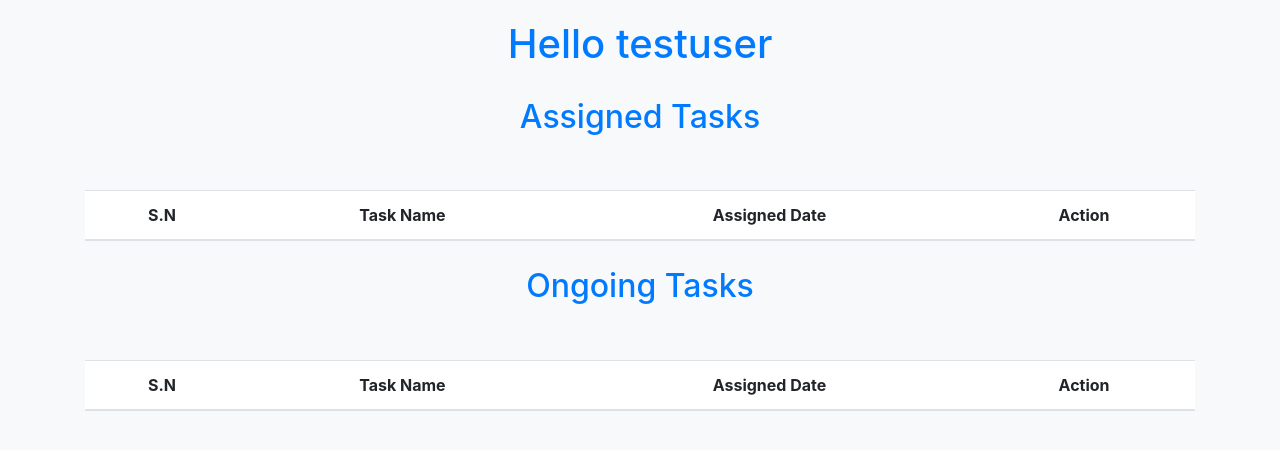
Repository: neha-rouniyar/taskmgmt
Page: http://localhost/user-dashboard
These files come from the project's save history. The page is drawn as it stood at one moment and after the next save; the edit follows.
The browser window is 1280 px wide. The pictures show the whole page.
The page is served by the project's Laravel application, run on PHP 8.4 with Laravel 10. A made-up administrator, Test User (test@example.com), is signed in. Queries for data that is not in the repository find no rows.

Above is the page before, as saved 2023-12-15 23:50:26.

After the next save:
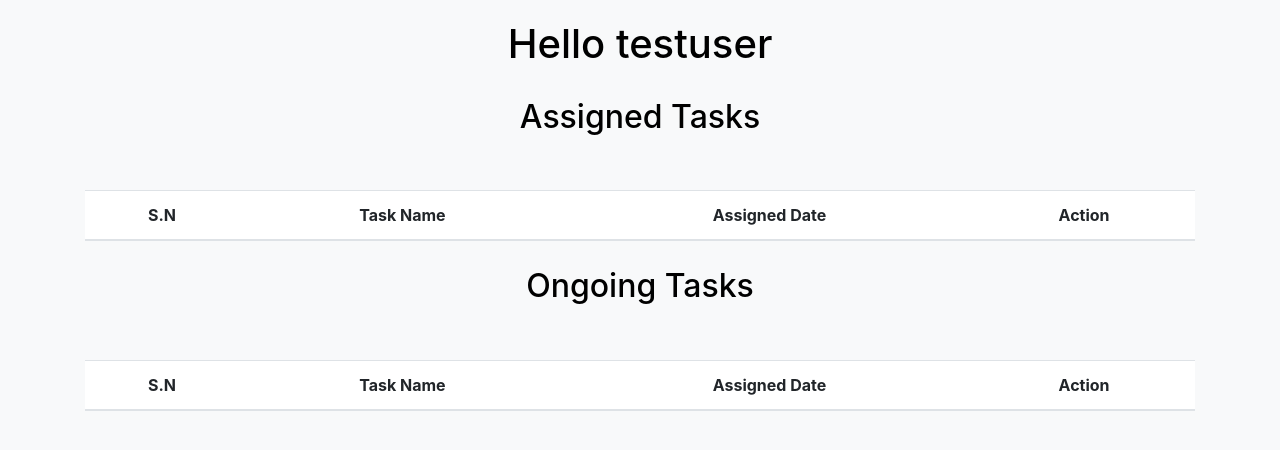
Saved 15 s later.
--- a/resources/views/user/dashboard.blade.php
+++ b/resources/views/user/dashboard.blade.php
@@ -11,7 +11,7 @@
         }
         h1, h2 {
             margin-bottom: 20px;
-            color: #007bff;
+            color: #000000;
             text-align: center;
         }
         .btn-container {

After the 6 saves that followed:
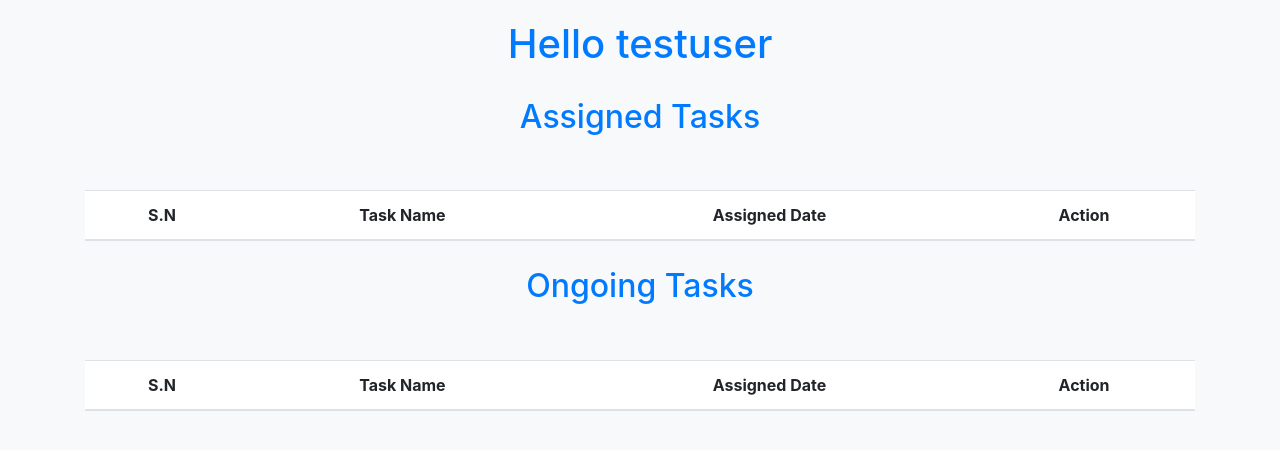
The 6 saves are shown as one change because 4 left the picture as it was and some came seconds apart.
The last was saved 119 s later.
--- a/resources/views/user/dashboard.blade.php
+++ b/resources/views/user/dashboard.blade.php
@@ -11,7 +11,7 @@
         }
         h1, h2 {
             margin-bottom: 20px;
-            color: #000000;
+            color: #007bff;
             text-align: center;
         }
         .btn-container {
@@ -35,6 +35,10 @@
         }
         .btn-group button {
             width: 48%;
+        }
+        .btn-container .btn-group a {
+            display: block;
+            margin-top: 10px; /* Adjust the margin as needed */
         }
     </style>
     <title>Document</title>
@@ -80,8 +84,8 @@
                                 <td>{{$assignedTask->task->task_heading}}</td>
                                 <td>{{$assignedTask->created_at}}</td>
                                 <td class="btn-group">
-                                    <a href="{{route('accept.task',$assignedTask->id)}}"><button type="button" class="btn btn-primary">Accept</button></a>
-                                    <a href="{{route('reject.task',$assignedTask->id)}}"><button type="button" class="btn btn-danger">Reject</button></a>
+                                    <a href="{{route('accept.task',$assignedTask->id)}}" class="btn btn-primary">Accept</a>
+                                    <a href="{{route('reject.task',$assignedTask->id)}}" class="btn btn-danger">Reject</a>
                                 </td>
                             </tr>
                         @endif
@@ -108,7 +112,7 @@
                                 <td>{{$assignedTask->task->task_heading}}</td>
                                 <td>{{$assignedTask->created_at}}</td>
                                 <td>
-                                    <a href="{{route('task.complete',$assignedTask->id)}}"><button type="button" class="btn btn-success">Complete</button></a>
+                                    <a href="{{route('task.complete',$assignedTask->id)}}" class="btn btn-success">Complete</a>
                                 </td>
                             </tr>
                         @endif
